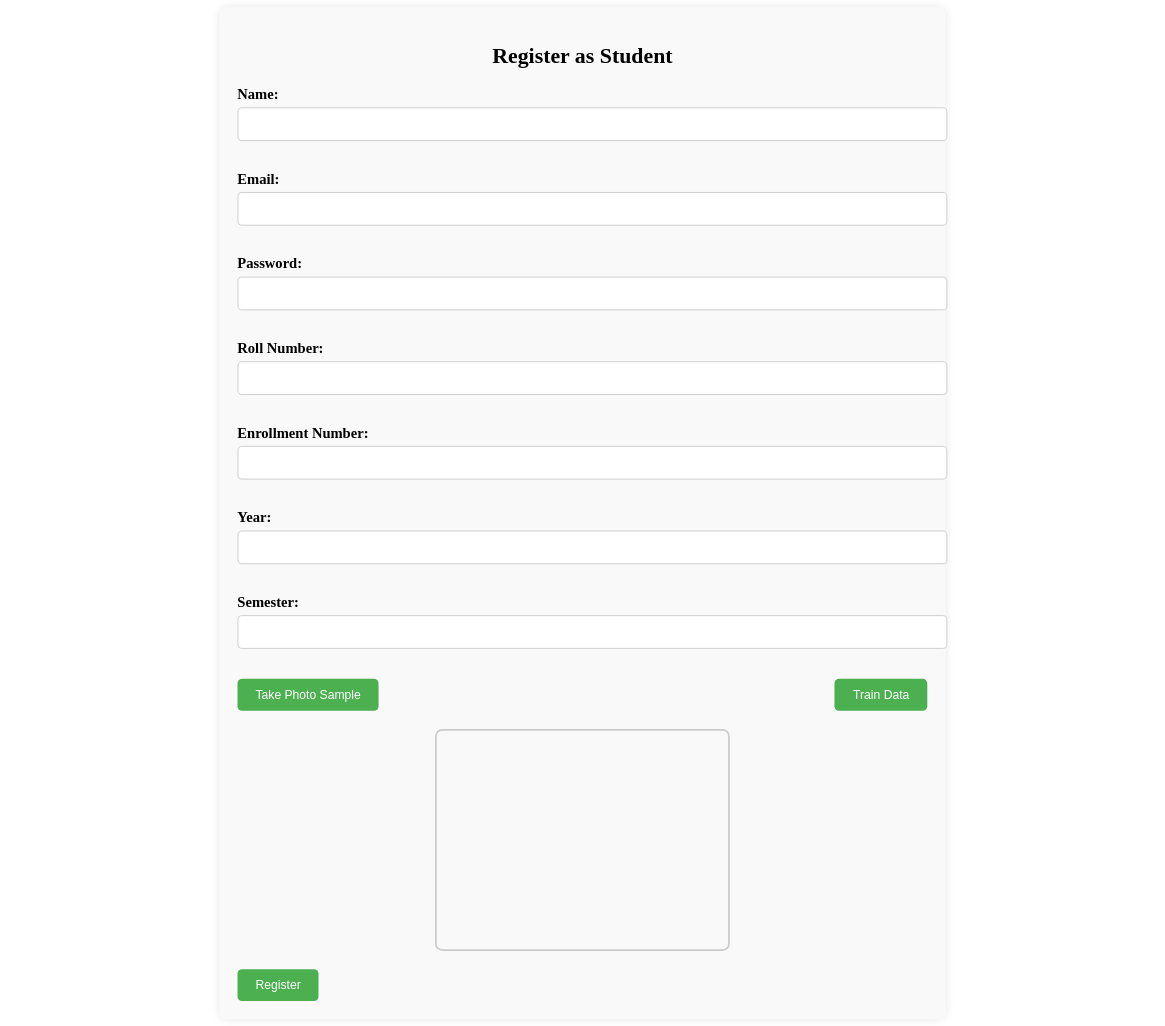
Repository: div339175/FaceMate
Page: modules/developer/templates/register_student.html
The author's editor kept a copy of each file at every save. The page is drawn from the files as they stood at one save, then again after the next save.
The browser window is 1280 px wide. The pictures show the whole page, at 91% of full size.
The page is served by the project's application, run on Flask 3 (app.py). The template is opened directly, without the code that normally fills it, so the values that code supplies are empty.

Above is the page before, as saved 2024-11-20 17:18:16.

After the next save:
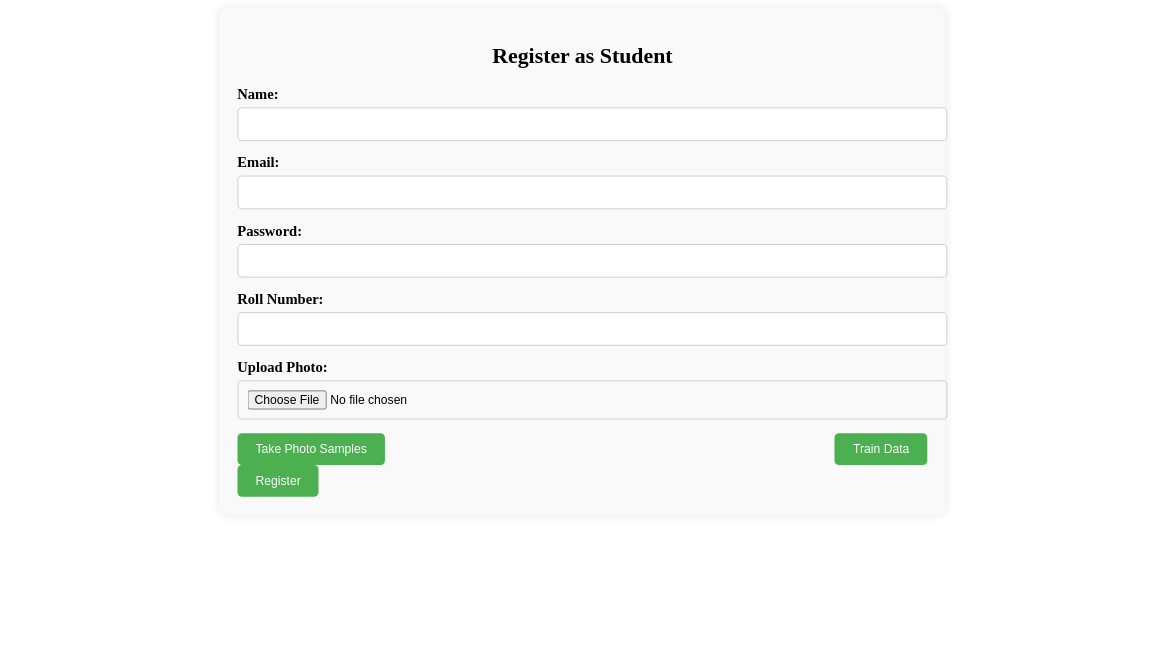
Saved 31 min 47 s later.
--- a/modules/developer/templates/register_student.html
+++ b/modules/developer/templates/register_student.html
@@ -5,7 +5,6 @@
     <meta name="viewport" content="width=device-width, initial-scale=1.0">
     <title>Register as Student</title>
     <style>
-        /* Add some basic CSS for styling */
         .container {
             width: 60%;
             margin: auto;
@@ -25,7 +24,7 @@
             display: block;
             font-weight: bold;
         }
-        input[type="text"], input[type="email"], input[type="password"] {
+        input[type="text"], input[type="email"], input[type="password"], input[type="file"] {
             width: 100%;
             padding: 10px;
             margin-top: 5px;
@@ -35,6 +34,7 @@
         .button-container {
             display: flex;
             justify-content: space-between;
+            margin-top: 15px;
         }
         button {
             padding: 10px 20px;
@@ -53,6 +53,7 @@
             width: 320px;
             height: 240px;
             margin: 20px auto;
+            display: none;
         }
     </style>
 </head>
@@ -60,48 +61,36 @@
     <div class="container">
         <h2>Register as Student</h2>
         <form method="POST" action="{{ url_for('developer.register_student') }}" enctype="multipart/form-data">
-            <!-- Registration Form Inputs -->
             <div class="form-group">
                 <label for="name">Name:</label>
-                <input type="text" name="name" required><br><br>
+                <input type="text" name="name" required>
             </div>
 
             <div class="form-group">
                 <label for="email">Email:</label>
-                <input type="email" name="email" required><br><br>
+                <input type="email" name="email" required>
             </div>
 
             <div class="form-group">
                 <label for="password">Password:</label>
-                <input type="password" name="password" required><br><br>
+                <input type="password" name="password" required>
             </div>
 
             <div class="form-group">
                 <label for="roll_number">Roll Number:</label>
-                <input type="text" name="roll_number" required><br><br>
+                <input type="text" name="roll_number" required>
             </div>
 
             <div class="form-group">
-                <label for="enrollment_number">Enrollment Number:</label>
-                <input type="text" name="enrollment_number" required><br><br>
-            </div>
-
-            <div class="form-group">
-                <label for="year">Year:</label>
-                <input type="text" name="year" required><br><br>
-            </div>
-
-            <div class="form-group">
-                <label for="semester">Semester:</label>
-                <input type="text" name="semester" required><br><br>
+                <label for="photoUpload">Upload Photo:</label>
+                <input type="file" name="photoUpload" id="photoUpload">
             </div>
 
             <div class="button-container">
-                <button type="button" id="takeSampleButton">Take Photo Sample</button>
+                <button type="button" id="takeSampleButton">Take Photo Samples</button>
                 <button type="button" id="trainDataButton">Train Data</button>
             </div>
 
-            <!-- Camera Frame -->
             <div id="cameraFrame">
                 <video id="video" width="320" height="240" autoplay></video>
             </div>
@@ -114,6 +103,7 @@
         let video = document.getElementById('video');
         let takeSampleButton = document.getElementById('takeSampleButton');
         let trainDataButton = document.getElementById('trainDataButton');
+        let cameraFrame = document.getElementById('cameraFrame');
         let photoCount = 0;
         let capturing = false;
 
@@ -158,12 +148,13 @@
             }
         }
 
-        // Start capturing photos when the "Take Photo Sample" button is clicked
+        // Start capturing photos when the "Take Photo Samples" button is clicked
         takeSampleButton.onclick = function() {
             if (!capturing) {
                 capturing = true;
                 photoCount = 0;
                 takeSampleButton.innerText = "Stop Capturing";
+                cameraFrame.style.display = "block";
                 setInterval(capturePhoto, 100);  // Capture every 100ms
             } else {
                 stopCapturing();
@@ -173,7 +164,8 @@
         // Stop capturing photos
         function stopCapturing() {
             capturing = false;
-            takeSampleButton.innerText = "Take Photo Sample";
+            takeSampleButton.innerText = "Take Photo Samples";
+            cameraFrame.style.display = "none";
         }
 
         // Train data when the "Train Data" button is clicked
